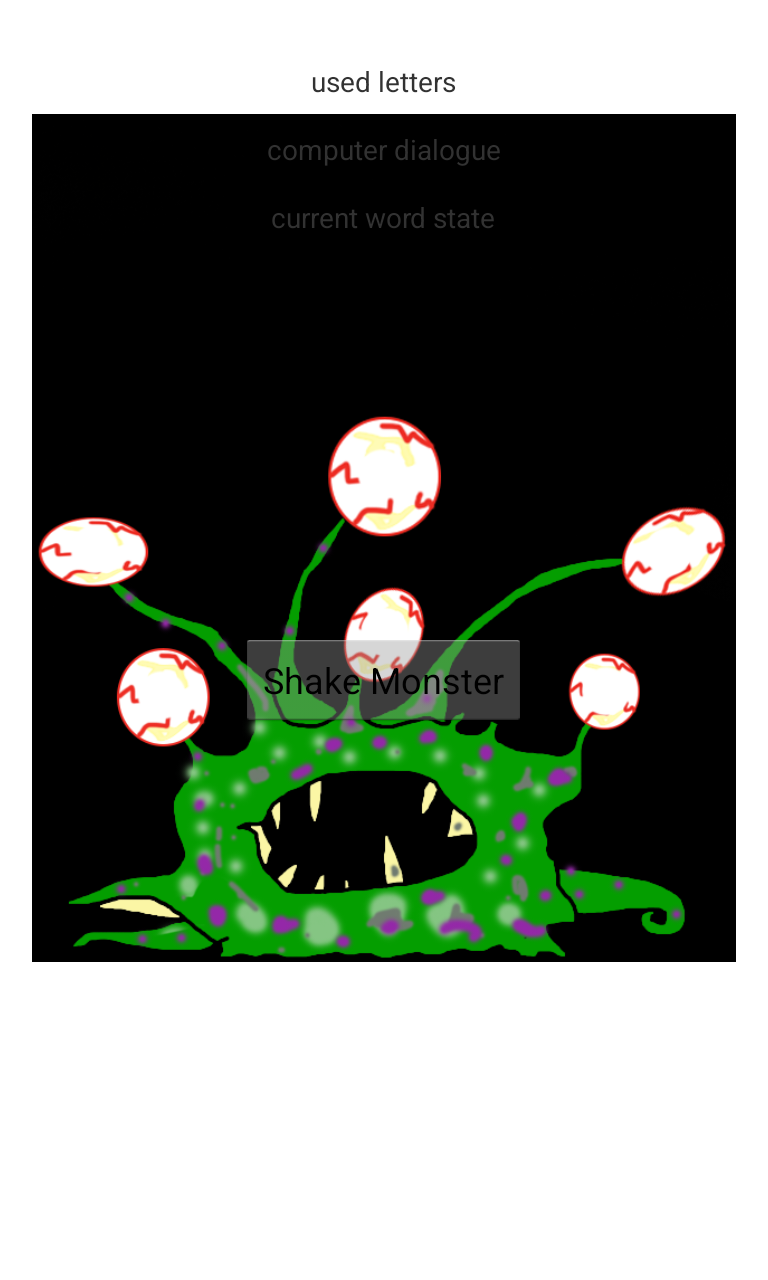
Repository: svandenhout/EvilSpaceMonsterHangman
Layout: evilSpaceMonsterHangman/res/layout/activity_main.xml
The author's editor kept a copy of each file at every save. The layout is drawn from the files as they stood at one save, then again after the next save.
It is drawn on a 768 x 1280 px phone screen (xhdpi) without system bars, with theme AppTheme; the app's code is not run.

Above is the layout before, as saved 2013-12-17 09:15:46.

### evilSpaceMonsterHangman/res/layout/activity_main.xml
<RelativeLayout xmlns:android="http://schemas.android.com/apk/res/android"
              xmlns:tools="http://schemas.android.com/tools"
              android:layout_width="match_parent"
              android:layout_height="match_parent"
              android:paddingLeft="@dimen/activity_horizontal_margin"
              android:paddingRight="@dimen/activity_horizontal_margin"
              android:paddingTop="@dimen/activity_vertical_margin"
              android:paddingBottom="@dimen/activity_vertical_margin"
              tools:context=".MainActivity"
              android:orientation="vertical">

    <ImageView
        android:id="@+id/space_monster"
        android:layout_width="wrap_content"
        android:layout_height="wrap_content"
        android:src="@drawable/spacemonster"
        android:layout_centerHorizontal="true"/>

    <TextView
            android:id="@+id/usedLetters"
            android:layout_width="wrap_content"
            android:layout_height="wrap_content"
            android:text="@string/used_letters"
            android:layout_centerHorizontal="true"
            android:layout_marginTop="15dp"/>

    <TextView
            android:id="@+id/computerDialogue"
            android:layout_width="wrap_content"
            android:layout_height="wrap_content"
            android:layout_centerHorizontal="true"
            android:text="@string/computer_dialogue"
            android:layout_below="@+id/usedLetters"
            android:layout_marginTop="15dp"/>

    <TextView
            android:id="@+id/currentWordState"
            android:layout_width="wrap_content"
            android:layout_height="wrap_content"
            android:layout_below="@id/computerDialogue"
            android:text="@string/current_word_state"
            android:layout_centerHorizontal="true"
            android:layout_marginTop="15dp"/>

    <Button
        android:id="@+id/eye_6"
        android:layout_width="50dp"
        android:layout_height="50dp"
        android:layout_alignParentLeft="true"
        android:layout_marginTop="150dp"
        android:background="@null"/>

    <Button
        android:id="@+id/eye_2"
        android:layout_width="50dp"
        android:layout_height="50dp"
        android:layout_marginTop="150dp"
        android:layout_alignParentRight="true"
        android:background="@null"/>

    <Button
        android:id="@+id/eye_5"
        android:layout_width="50dp"
        android:layout_height="50dp"
        android:layout_alignLeft="@+id/eye_6"
        android:layout_below="@+id/eye_6"
        android:layout_marginLeft="30dp"
        android:layout_marginTop="10dp"
        android:background="@null"/>

    <Button
        android:id="@+id/eye_3"
        android:layout_width="50dp"
        android:layout_height="50dp"
        android:layout_centerHorizontal="true"
        android:layout_marginTop="120dp"
        android:background="@null"/>

    <Button
        android:id="@+id/eye_1"
        android:layout_width="50dp"
        android:layout_height="50dp"
        android:layout_alignRight="@+id/eye_2"
        android:layout_below="@+id/eye_2"
        android:layout_marginRight="30dp"
        android:layout_marginTop="10dp"
        android:background="@null"/>

    <Button
        android:id="@+id/eye_4"
        android:layout_width="50dp"
        android:layout_height="50dp"
        android:layout_below="@+id/eye_3"
        android:layout_centerHorizontal="true"
        android:layout_marginTop="15dp"
        android:background="@null"/>

    <Button
        android:id="@+id/shake_button"
        android:layout_width="wrap_content"
        android:layout_height="wrap_content"
        android:layout_centerHorizontal="true"
        android:layout_marginTop="300dp"
        android:text="@string/shake_monster"/>



</RelativeLayout>

### evilSpaceMonsterHangman/res/values/strings.xml
<?xml version="1.0" encoding="utf-8"?>
<resources>

    <string name="app_name" >Hangman
    </string>

    <!-- settings & preferences -->
    <string name="hi_scores" >hi-scores
    </string>
    <string name="settings" >settings
    </string>
    <string name="reset" >reset game
    </string>

    <string name="title_user_name" >user name
    </string>
    <string name="title_word_length">word length
    </string>
    <string name="title_amount_of_turns">amount of turns
    </string>
    <string name="title_evil_mode">Evil Mode
    </string>

    <string name="summary_user_name">set your user name here
    </string>
    <string name="summary_word_length">set the length of the words that you want to use
    </string>
    <string name="summary_amount_of_turns">set the amount of turns until you lose
    </string>
    <string name="summary_evil_mode">Start playing Evil Mode, You will not win
    </string>

    <string name="dialog_user_name" >user name:
    </string>
    <string name="dialog_word_length">word length:
    </string>
    <string name="dialog_amount_of_turns">amount of turns:
    </string>
    <string name="dialog_evil_mode">Evil Mode?
    </string>


    <!-- game ui -->
    <string name="current_word" >current word
    </string>
    <string name="current_word_state" >current word state
    </string>
    <string name="used_letters" >used letters
    </string>
    <string name="computer_dialogue">computer dialogue</string>
    <string name="button_text">~</string>
    <string name="shake_monster">Shake Monster</string>

    <!-- game states -->
    <string name="game_won">game won
    </string>
    <string name="game_lost">game lost
    </string>

    <!-- computer monologue -->
    <string name="cmonologue_start">Pick a letter to start playing</string>
    <string name="cmonologue_used">This letter has already been used, try again</string>
    <string name="cmonologue_invalid">WHAT THE HELL IS THAT!?, try another one</string>
    <string name="cmonologue_wrong">Wrong guess, pick again</string>
    <string name="cmonologue_correct">Lucky, why don\'t you try again?</string>
    <string name="cmonologue_won">:((</string>
    <string name="cmonologue_lost">:-)</string>
</resources>

Loaded but not shown: evilSpaceMonsterHangman/res/values/styles.xml (common file); evilSpaceMonsterHangman/res/values-v11/styles.xml (common file); evilSpaceMonsterHangman/res/values-v14/styles.xml (common file); evilSpaceMonsterHangman/res/values/dimens.xml (common file)

After the next save:
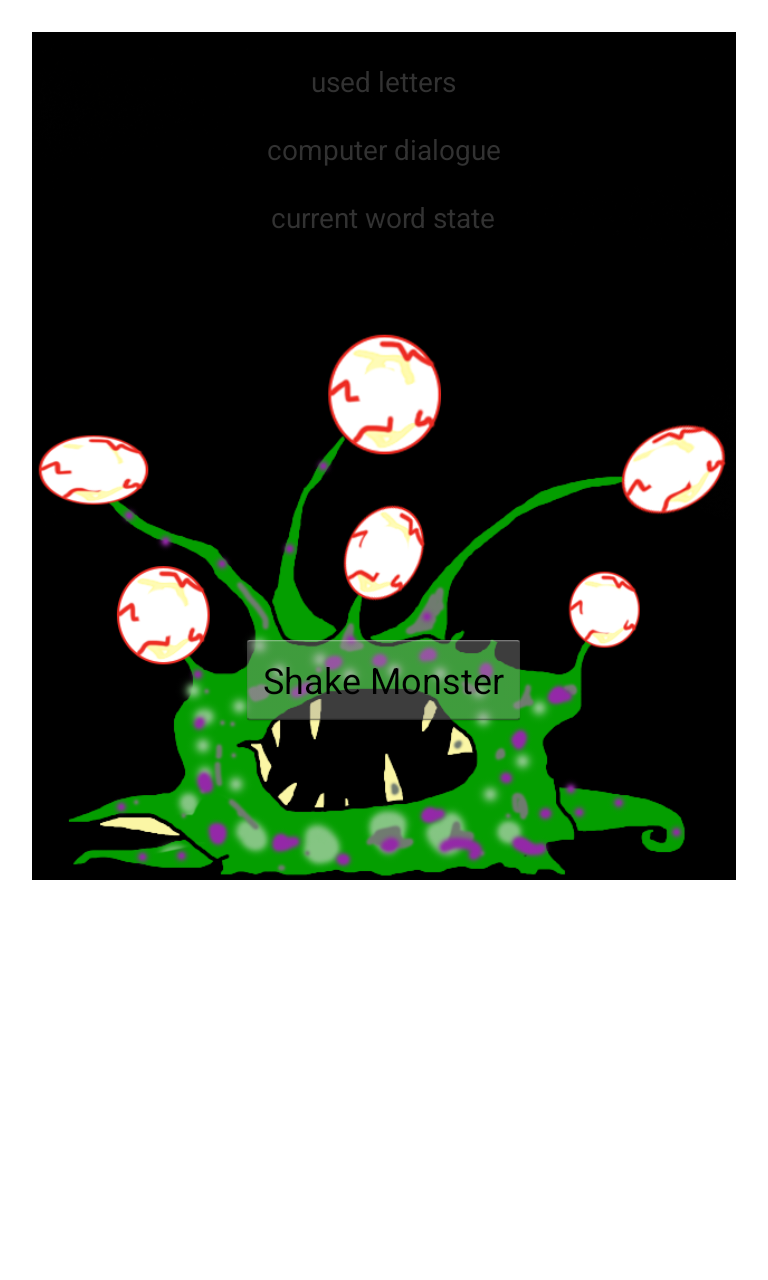
Saved 66 s later.
--- a/evilSpaceMonsterHangman/res/layout/activity_main.xml
+++ b/evilSpaceMonsterHangman/res/layout/activity_main.xml
@@ -14,7 +14,8 @@
         android:layout_width="wrap_content"
         android:layout_height="wrap_content"
         android:src="@drawable/spacemonster"
-        android:layout_centerHorizontal="true"/>
+        android:layout_centerHorizontal="true"
+        android:adjustViewBounds="true"/>
 
     <TextView
             android:id="@+id/usedLetters"
